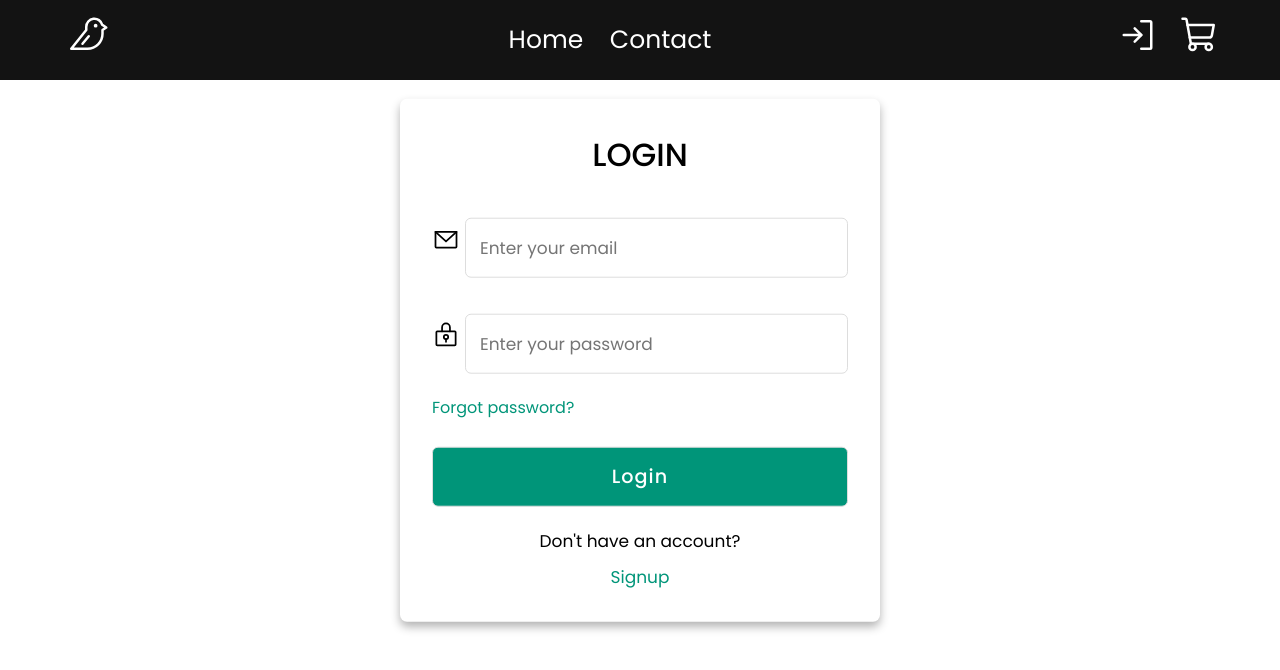
Repository: hoangdanh2/swp301
Page: /register
The author's editor kept a copy of each file at every save. The page is drawn from the files as they stood at one save, then again after the next save.
The browser window is 1280 px wide. The pictures show the whole page.
The project was rebuilt for these pictures with package versions that can differ from the ones it lists, and the page was loaded fresh each time. Also part of the build but not shown: src/pages/shop/product.jsx, src/pages/shop/shop.css, src/pages/shop/shop.jsx, src/pages/contact/contact.jsx, src/pages/cart/cart-item.jsx, src/pages/cart/cart.css, src/pages/cart/cart.jsx.

Above is the page before, as saved 2023-05-29 13:00:44.

After the next save:
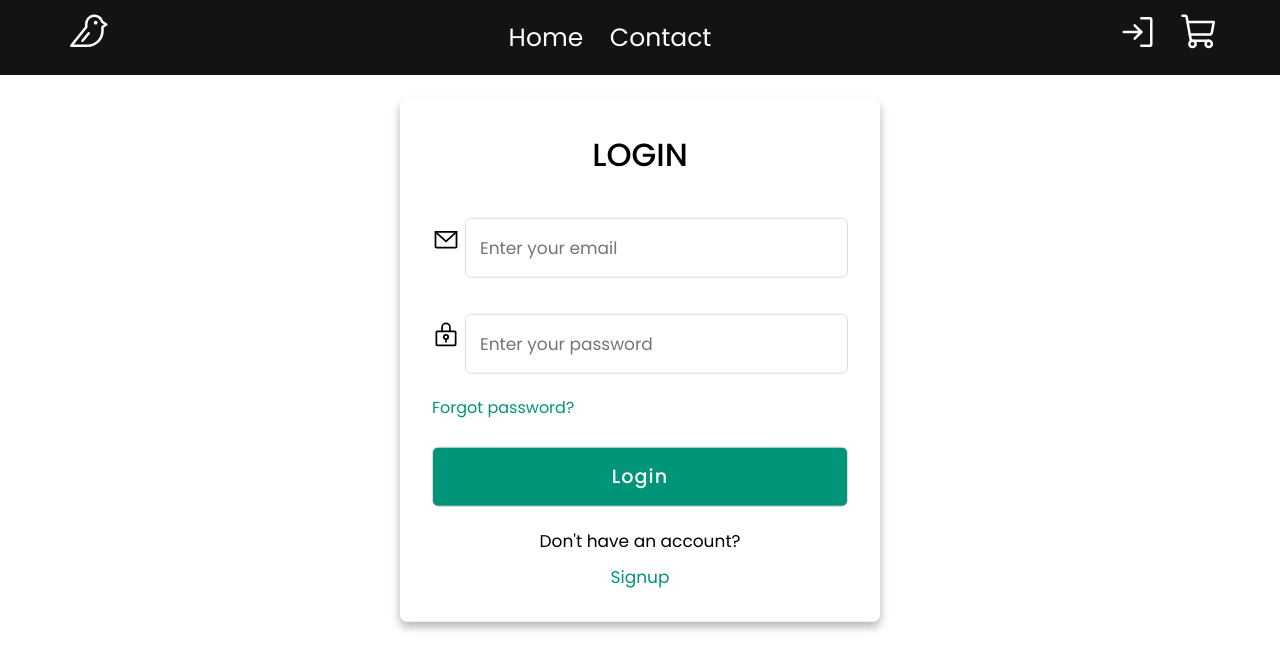
Saved 6 s later.
--- a/src/components/navbar.css
+++ b/src/components/navbar.css
@@ -1,6 +1,6 @@
 .navbar {
     width: 100%;
-    height: 80px;
+    height: 75px;
     background-color: rgb(19, 19, 19);
     display: flex;
     justify-content: center;
